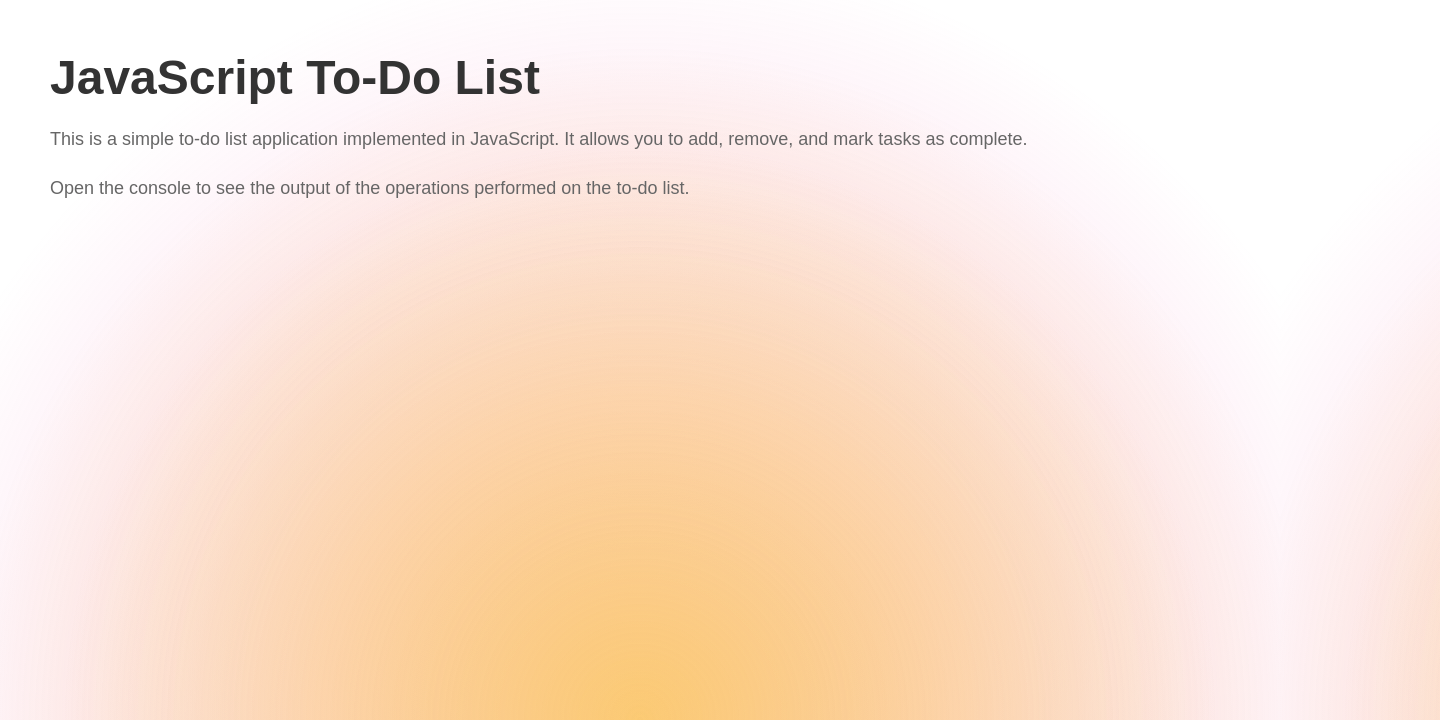
Repository: neelpatel6262/task-manager
Page: index.html
An editor plug-in stored every save of this project. The page is shown before and after the next save, followed by the edit.
The browser window is 1280 px wide. The page is 1440 px wide, so the pictures cover 1440 px, including what lies to the right of the window. The pictures show the whole page.
Some web fonts or font styles are not loaded; a fallback is used. Some web libraries are served in a nearby version.

Above is the page before, as saved 2025-08-28 16:39:42.

After the next save:
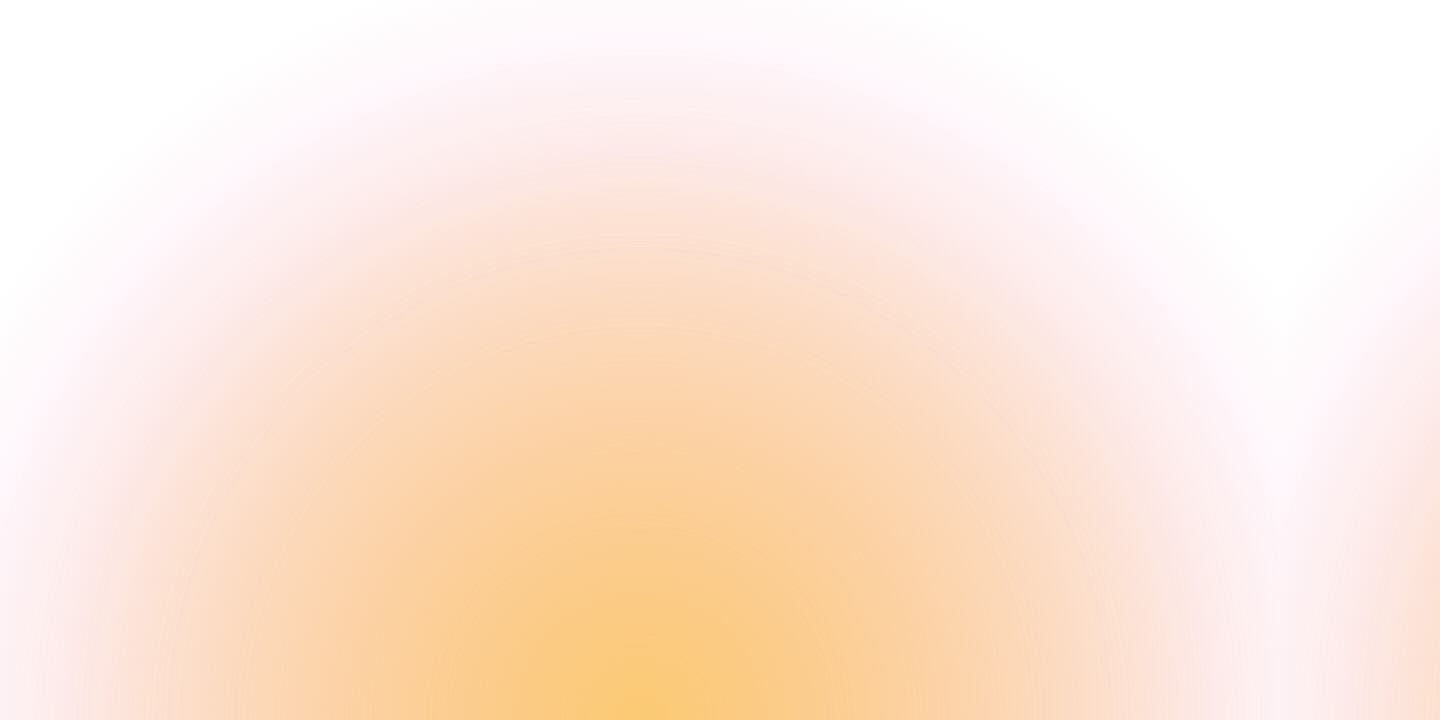
Saved 6 days later.
--- a/index.html
+++ b/index.html
@@ -52,62 +52,15 @@
 
 <script>
 
-  <!-- to-do-list in javascript -->
 
-  const tasks = ['Buy groceries', 'Walk the dog', 'Read a book'];
 
-  tasks.forEach(task => {
-    console.log(`Task: ${task}`);
-  });
-  // Mark task as complete
-  const completedTasks = tasks.map(task => `${task} - Completed`);
-  console.log(completedTasks);
 
-  // Remove a task
-  const removedTask = tasks.filter(task => task !== 'Walk the dog');
-  console.log(removedTask);
-
-  // Add a new task
-  const newTasks = [...tasks, 'Finish homework'];
-  console.log(newTasks);
-
-  // Clear all tasks
-  tasks.length = 0;
-  console.log(tasks);
-
-  // Re-add all tasks
-  tasks.push(...newTasks);
-  console.log(tasks);
-
-  // Clear all tasks
-  tasks.length = 0;
-  console.log(tasks);
-
-  // Re-add all tasks
-  tasks.push(...newTasks);
-  console.log(tasks);
-
-  // Clear all tasks
-  tasks.length = 0;
-  console.log(tasks);
-
-  // Re-add all tasks
-  tasks.push(...newTasks);
-  console.log(tasks);
-
-  // Clear all tasks
-  tasks.length = 0;
-  console.log(tasks);
 
 
 </script>
 
 <body>
 
-  <h1>JavaScript To-Do List</h1>
-  <p>This is a simple to-do list application implemented in JavaScript. It allows you to add, remove, and mark tasks as complete.</p>
-  <p>Open the console to see the output of the operations performed on the to-do list.</p>
-
 
 </body>
 
